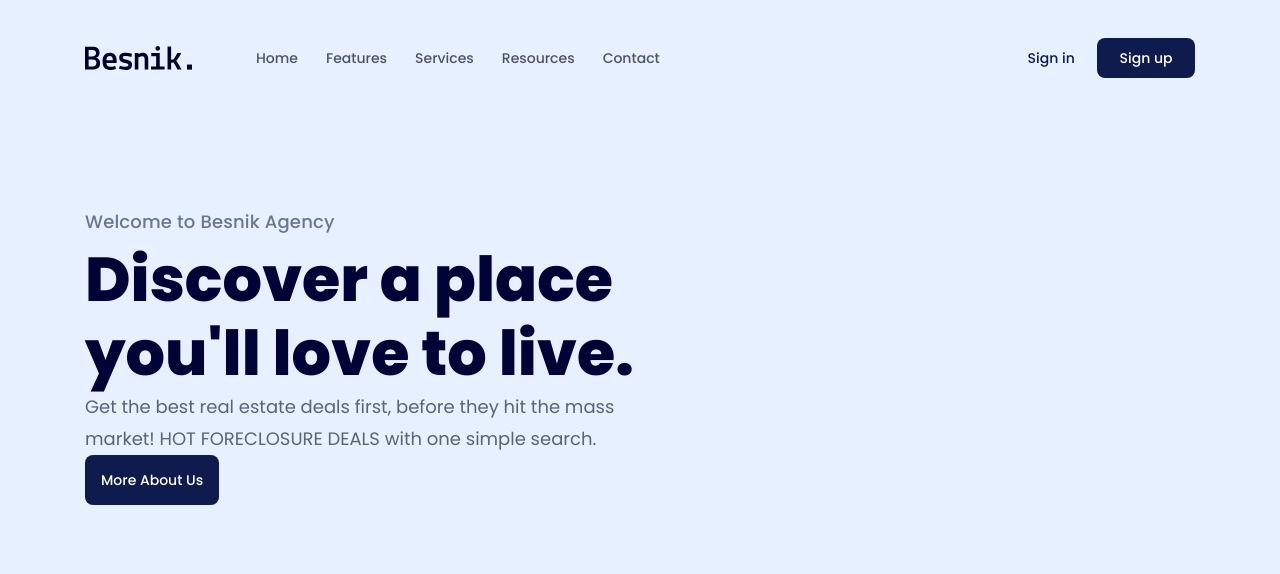
Repository: empty24062002/f8-htmlcss-01
Page: index.html
These files come from the project's save history. The page is drawn as it stood at one moment and after the next save; the edit follows.
The browser window is 1280 px wide. The pictures show the whole page.

Above is the page before, as saved 2023-07-11 14:03:03.

### index.html
<!DOCTYPE html>
<html lang="en">
    <head>
        <meta charset="UTF-8" />
        <meta name="viewport" content="width=device-width, initial-scale=1.0" />
        <title>F8 PROJECT 01</title>
        <link rel="stylesheet" href="./assets/css/reset.css" />
        <link rel="stylesheet" href="./assets/fonts/stylesheet.css" />
        <link rel="stylesheet" href="./assets/css/styles.css" />
    </head>
    <body>
        <main>
            <!-- Header -->
            <header class="header">
                <div class="content">
                    <nav class="navbar">
                        <!-- Logo -->
                        <img src="./assets/img/Logo.svg" alt="Besnik." />
                        <!-- Navigation -->
                        <ul>
                            <li><a href="#!">Home</a></li>
                            <li><a href="#!">Features</a></li>
                            <li><a href="#!">Services</a></li>
                            <li><a href="#!">Resources</a></li>
                            <li><a href="#!">Contact</a></li>
                        </ul>
                        <!-- Action -->
                        <div class="actions">
                            <a href="#!" class="action-link">Sign in</a>
                            <a href="#!" class="btn action-btn">Sign up</a>
                        </div>
                    </nav>

                    <div class="hero">
                        <div class="info">
                            <p class="sub-title">Welcome to Besnik Agency</p>
                            <h1 class="title">
                                Discover a place you'll love to live.
                            </h1>
                            <p class="desc">
                                Get the best real estate deals first, before
                                they hit the mass market! HOT FORECLOSURE DEALS
                                with one simple search.
                            </p>
                            <a href="#!" class="btn">More About Us</a>
                        </div>
                    </div>
                </div>
            </header>
        </main>
    </body>
</html>

### assets/fonts/stylesheet.css
/* =======Poppins======= */
@font-face {
    font-family: "Poppins";
    src: url("Poppins/Poppins-Black.woff2") format("woff2"),
        url("Poppins/Poppins-Black.woff") format("woff");
    font-weight: 900;
    font-style: normal;
    font-display: swap;
}

@font-face {
    font-family: "Poppins";
    src: url("Poppins/Poppins-BlackItalic.woff2") format("woff2"),
        url("Poppins/Poppins-BlackItalic.woff") format("woff");
    font-weight: 900;
    font-style: italic;
    font-display: swap;
}

@font-face {
    font-family: "Poppins";
    src: url("Poppins/Poppins-Bold.woff2") format("woff2"),
        url("Poppins/Poppins-Bold.woff") format("woff");
    font-weight: bold;
    font-style: normal;
    font-display: swap;
}

@font-face {
    font-family: "Poppins";
    src: url("Poppins/Poppins-Light.woff2") format("woff2"),
        url("Poppins/Poppins-Light.woff") format("woff");
    font-weight: 300;
    font-style: normal;
    font-display: swap;
}

@font-face {
    font-family: "Poppins";
    src: url("Poppins/Poppins-ExtraLight.woff2") format("woff2"),
        url("Poppins/Poppins-ExtraLight.woff") format("woff");
    font-weight: 200;
    font-style: normal;
    font-display: swap;
}

@font-face {
    font-family: "Poppins";
    src: url("Poppins/Poppins-ExtraLightItalic.woff2") format("woff2"),
        url("Poppins/Poppins-ExtraLightItalic.woff") format("woff");
    font-weight: 200;
    font-style: italic;
    font-display: swap;
}

@font-face {
    font-family: "Poppins";
    src: url("Poppins/Poppins-ExtraBoldItalic.woff2") format("woff2"),
        url("Poppins/Poppins-ExtraBoldItalic.woff") format("woff");
    font-weight: bold;
    font-style: italic;
    font-display: swap;
}

@font-face {
    font-family: "Poppins";
    src: url("Poppins/Poppins-Italic.woff2") format("woff2"),
        url("Poppins/Poppins-Italic.woff") format("woff");
    font-weight: normal;
    font-style: italic;
    font-display: swap;
}

@font-face {
    font-family: "Poppins";
    src: url("Poppins/Poppins-BoldItalic.woff2") format("woff2"),
        url("Poppins/Poppins-BoldItalic.woff") format("woff");
    font-weight: bold;
    font-style: italic;
    font-display: swap;
}

@font-face {
    font-family: "Poppins";
    src: url("Poppins/Poppins-ExtraBold.woff2") format("woff2"),
        url("Poppins/Poppins-ExtraBold.woff") format("woff");
    font-weight: bold;
    font-style: normal;
    font-display: swap;
}

@font-face {
    font-family: "Poppins";
    src: url("Poppins/Poppins-Regular.woff2") format("woff2"),
        url("Poppins/Poppins-Regular.woff") format("woff");
    font-weight: normal;
    font-style: normal;
    font-display: swap;
}

@font-face {
    font-family: "Poppins";
    src: url("Poppins/Poppins-SemiBold.woff2") format("woff2"),
        url("Poppins/Poppins-SemiBold.woff") format("woff");
    font-weight: 600;
    font-style: normal;
    font-display: swap;
}

@font-face {
    font-family: "Poppins";
    src: url("Poppins/Poppins-ThinItalic.woff2") format("woff2"),
        url("Poppins/Poppins-ThinItalic.woff") format("woff");
    font-weight: 100;
    font-style: italic;
    font-display: swap;
}

@font-face {
    font-family: "Poppins";
    src: url("Poppins/Poppins-Medium.woff2") format("woff2"),
        url("Poppins/Poppins-Medium.woff") format("woff");
    font-weight: 500;
    font-style: normal;
    font-display: swap;
}

@font-face {
    font-family: "Poppins";
    src: url("Poppins/Poppins-Thin.woff2") format("woff2"),
        url("Poppins/Poppins-Thin.woff") format("woff");
    font-weight: 100;
    font-style: normal;
    font-display: swap;
}

@font-face {
    font-family: "Poppins";
    src: url("Poppins/Poppins-SemiBoldItalic.woff2") format("woff2"),
        url("Poppins/Poppins-SemiBoldItalic.woff") format("woff");
    font-weight: 600;
    font-style: italic;
    font-display: swap;
}

@font-face {
    font-family: "Poppins";
    src: url("Poppins/Poppins-MediumItalic.woff2") format("woff2"),
        url("Poppins/Poppins-MediumItalic.woff") format("woff");
    font-weight: 500;
    font-style: italic;
    font-display: swap;
}

@font-face {
    font-family: "Poppins";
    src: url("Poppins/Poppins-LightItalic.woff2") format("woff2"),
        url("Poppins/Poppins-LightItalic.woff") format("woff");
    font-weight: 300;
    font-style: italic;
    font-display: swap;
}

### assets/css/styles.css
* {
    box-sizing: border-box;
}

:root {
    --primary-color: #0f1b4c;
}

html {
    font-size: 62.5%;
}

body {
    font-size: 1.6rem;
    font-family: "Poppins", sans-serif;
}
/* Common */
a {
    text-decoration: none;
}

.content {
    width: 1110px;
    max-width: calc(100% - 48px);
    margin-left: auto;
    margin-right: auto;
}

.btn {
    display: inline-block;
    min-width: 98px;
    padding: 18px 16px;
    border-radius: 8px;
    background: var(--primary-color);
    font-size: 1.4rem;
    font-weight: 500;
    text-align: center;
    color: #fff;
}

.btn:hover {
    opacity: 0.9;
}

/* Header */
.header {
    background-color: #e6f0ff;
    height: 100vh;
}

.navbar {
    display: flex;
    align-items: center;
    padding-top: 38px;
}

.navbar ul {
    display: flex;
    margin-left: 50px;
}

.navbar ul a {
    font-size: 1.4rem;
    font-weight: 500;
    color: #4f5361;
    padding: 8px 14px;
}

.navbar ul a:hover {
    text-decoration: underline;
}

.navbar .actions {
    margin-left: auto;
}

.navbar .action-link {
    font-size: 1.4rem;
    font-weight: 500;
    color: var(--primary-color);
    margin-right: 18px;
}

.navbar .action-btn {
    padding: 13px 16px;
}

.hero {
    margin-top: 130px;
}

.hero .info {
    width: 51%;
}

.hero .sub-title {
    color: #687690;
    font-size: 1.8rem;
    line-height: 1.5;
    font-weight: 500;
    letter-spacing: 0.01em;
}

.hero .title {
    margin-top: 8px;
    color: #000336;
    font-size: 6.2rem;
    font-weight: 700;
    line-height: 1.19;
}

.hero .desc {
    color: #5a6473;
    font-size: 1.8rem;
    font-weight: 400;
    line-height: 32px;
}

Loaded but not shown: assets/css/reset.css (common file)

After the next save:
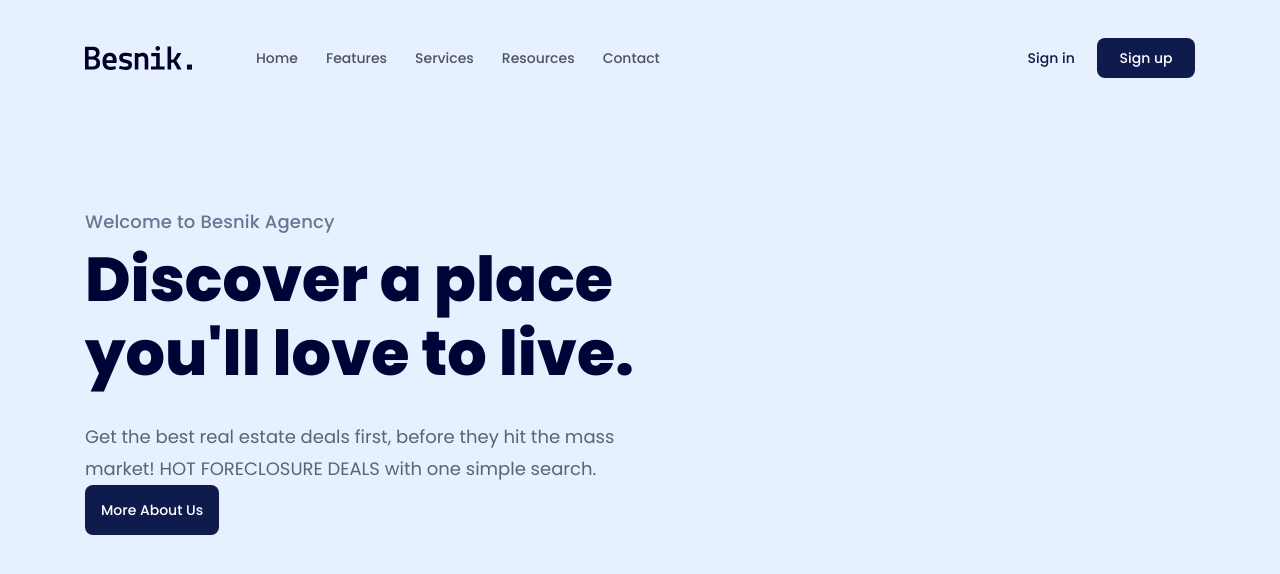
Saved 65 s later.
--- a/assets/css/styles.css
+++ b/assets/css/styles.css
@@ -110,8 +110,9 @@
 }
 
 .hero .desc {
+    margin-top: 30px;
     color: #5a6473;
     font-size: 1.8rem;
     font-weight: 400;
-    line-height: 32px;
+    line-height: 1.78;
 }
